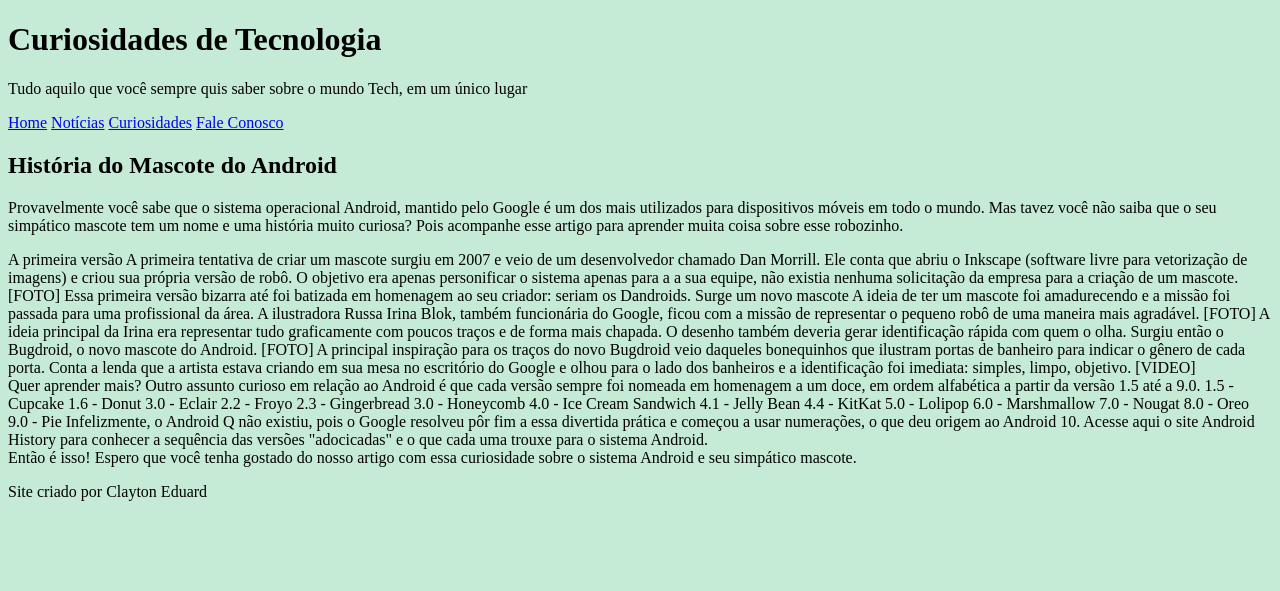
Repository: ClaytonEduard/cursoemvideo
Page: html-css/desafios/d010/android.html
An editor plug-in stored every save of this project. The page is shown before and after the next save, followed by the edit.
The browser window is 1280 px wide. The pictures show the whole page.

Above is the page before, as saved 2022-12-02 18:28:51.

### html-css/desafios/d010/android.html
<!DOCTYPE html>
<html lang="pt-br">

<head>
    <meta charset="UTF-8">
    <meta http-equiv="X-UA-Compatible" content="IE=edge">
    <meta name="viewport" content="width=device-width, initial-scale=1.0">
    <title>Como surgiu o mascote do Android?</title>
    <link rel="shortcut icon" href="imagens/favicon.ico" type="image/x-icon">
    <link rel="stylesheet" href="estilo/style.css">
</head>

<body>
    <header>
        <h1>Curiosidades de Tecnologia</h1>
        <p>Tudo aquilo que você sempre quis saber sobre o mundo Tech, em um único lugar</p>
    </header>
    <nav>
        <a href="#">Home</a>
        <a href="#">Notícias</a>
        <a href="#">Curiosidades</a>
        <a href="#">Fale Conosco</a>
    </nav>
    <main>
        <article>
            <h1>História do Mascote do Android</h1>

            <p>
                Provavelmente você sabe que o sistema operacional Android, mantido pelo Google é um dos mais utilizados para
                dispositivos móveis em todo o mundo. Mas tavez você não saiba que o seu simpático mascote tem um nome e uma
                história muito curiosa? Pois acompanhe esse artigo para aprender muita coisa sobre esse robozinho.
            </p>

            A primeira versão

            A primeira tentativa de criar um mascote surgiu em 2007 e veio de um desenvolvedor chamado Dan Morrill. Ele
            conta que abriu o Inkscape (software livre para vetorização de imagens) e criou sua própria versão de robô.
            O objetivo era apenas personificar o sistema apenas para a a sua equipe, não existia nenhuma solicitação da
            empresa para a criação de um mascote.

            [FOTO]

            Essa primeira versão bizarra até foi batizada em homenagem ao seu criador: seriam os Dandroids.

            Surge um novo mascote

            A ideia de ter um mascote foi amadurecendo e a missão foi passada para uma profissional da área. A
            ilustradora Russa Irina Blok, também funcionária do Google, ficou com a missão de representar o pequeno robô
            de uma maneira mais agradável.

            [FOTO]

            A ideia principal da Irina era representar tudo graficamente com poucos traços e de forma mais chapada. O
            desenho também deveria gerar identificação rápida com quem o olha. Surgiu então o Bugdroid, o novo mascote
            do Android.

            [FOTO]

            A principal inspiração para os traços do novo Bugdroid veio daqueles bonequinhos que ilustram portas de
            banheiro para indicar o gênero de cada porta. Conta a lenda que a artista estava criando em sua mesa no
            escritório do Google e olhou para o lado dos banheiros e a identificação foi imediata: simples, limpo,
            objetivo.

            [VIDEO]

           <aside>
               Quer aprender mais?
                Outro assunto curioso em relação ao Android é que cada versão sempre foi nomeada em homenagem a um doce, em
                ordem alfabética a partir da versão 1.5 até a 9.0.
                1.5 - Cupcake
                1.6 - Donut
                3.0 - Eclair
                2.2 - Froyo
                2.3 - Gingerbread
                3.0 - Honeycomb
                4.0 - Ice Cream Sandwich
                4.1 - Jelly Bean
                4.4 - KitKat
                5.0 - Lolipop
                6.0 - Marshmallow
                7.0 - Nougat
                8.0 - Oreo
                9.0 - Pie
                Infelizmente, o Android Q não existiu, pois o Google resolveu pôr fim a essa divertida prática e começou a
                usar numerações, o que deu origem ao Android 10.
                Acesse aqui o site Android History para conhecer a sequência das versões "adocicadas" e o que cada uma
                trouxe para o sistema Android.
           </aside>


            Então é isso! Espero que você tenha gostado do nosso artigo com essa curiosidade sobre o sistema Android e
            seu simpático mascote.
        </article>
    </main>
    <footer>
        <p>Site criado por Clayton Eduard</p>
    </footer>
</body>

</html>

### html-css/desafios/d010/estilo/style.css
@charset "UTF-8";

body{
    background-color: #c5ebd6;
}

After the next save:
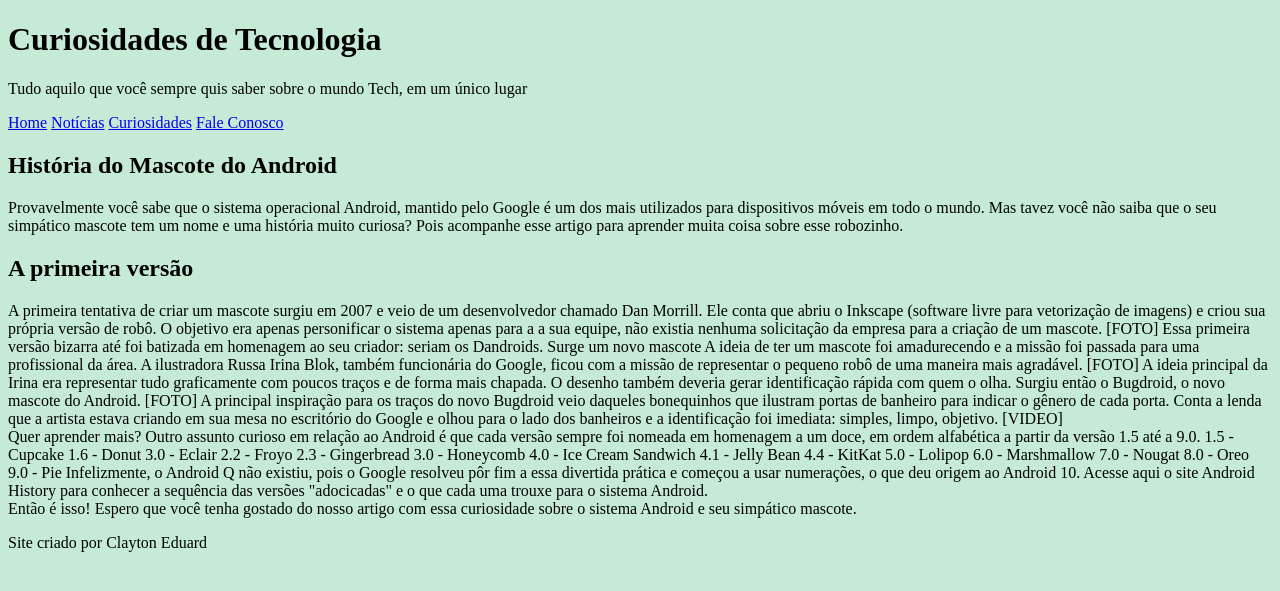
Saved 8 s later.
--- a/html-css/desafios/d010/android.html
+++ b/html-css/desafios/d010/android.html
@@ -31,7 +31,7 @@
                 história muito curiosa? Pois acompanhe esse artigo para aprender muita coisa sobre esse robozinho.
             </p>
 
-            A primeira versão
+            <h2>A primeira versão</h2>
 
             A primeira tentativa de criar um mascote surgiu em 2007 e veio de um desenvolvedor chamado Dan Morrill. Ele
             conta que abriu o Inkscape (software livre para vetorização de imagens) e criou sua própria versão de robô.
